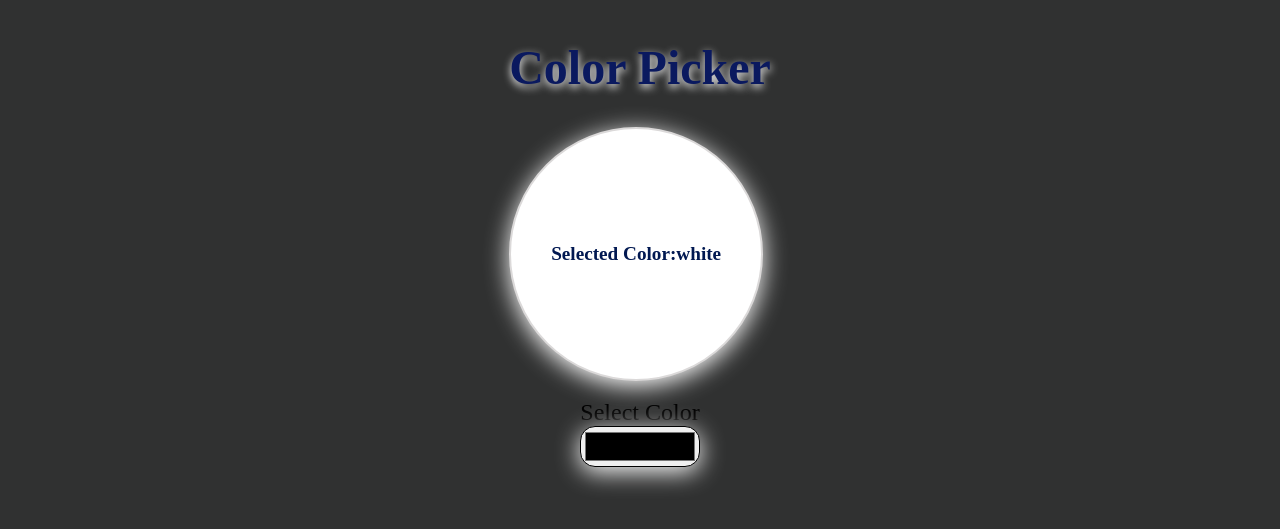
Repository: rkrukshan/Color-Picker--React-
Page: /
An editor plug-in stored every save of this project. The page is shown before and after the next save, followed by the edit.
The browser window is 1280 px wide. The pictures show the whole page.
The project was rebuilt for these pictures with package versions that can differ from the ones it lists, and the page was loaded fresh each time. Also part of the build but not shown: vite.config.js.

Above is the page before, as saved 2024-07-21 19:19:05.

### src/App.jsx
import ColorPicker from "./ColorPicker"

function App() {

  return (
    <>
    <ColorPicker/>
    </>
  )

}

export default App

### src/index.css
body {
  background-color: rgb(48, 49, 49);
}
.cp-container {
  text-align: center;
  display: grid;
  align-items: center;
  justify-content: center;
}
.heading {
  color: rgb(10, 25, 95);
  font-size: 3em;
  text-shadow: 0px 3px 9px rgb(255, 255, 255);
}
.color-pad {
  height: 250px;
  width: 250px;
  border: 2px solid rgb(219, 217, 217);
  border-radius: 50%;
  box-shadow: 0px 5px 25px rgb(255, 255, 255);
  transition: 0.25s;
  display: flex;
  align-items: center;
  justify-content: center;
}
.selectedlabel {
  font-size: larger;
  font-weight: bolder;
  color: rgb(1, 24, 81);
}
.selectlabel {
  font-size: 1.5em;
}
.colorpicker {
  width: 9em;
  height: 41px;
  border-radius: 15px;
  box-shadow: 0px 5px 25px rgb(255, 255, 255);
  transition: 11s;
}

### src/ColorPicker.jsx
import { useState } from "react";

function ColorPicker() {
  const [color, setColor] = useState("white");

  function updateColor(event) {
    setColor(event.target.value);
  }
  return (
    <div className="cp-container">
      <h1 className="heading">Color Picker</h1>
      <div className="color-pad" style={{ backgroundColor: color }}>
        <p htmlFor="cp" className="selectedlabel">
          Selected Color:{color}
        </p>
      </div>
      <br />
      <div className="btncp">
        <label htmlFor="scp" className="selectlabel">
          Select Color
        </label>
        <br />
        <input
          type="color"
          value={color}
          onChange={updateColor}
          className="colorpicker"
        />
      </div>
    </div>
  );
}
export default ColorPicker;

Loaded but not shown: index.html (common file); src/main.jsx (common file)

After the next save:
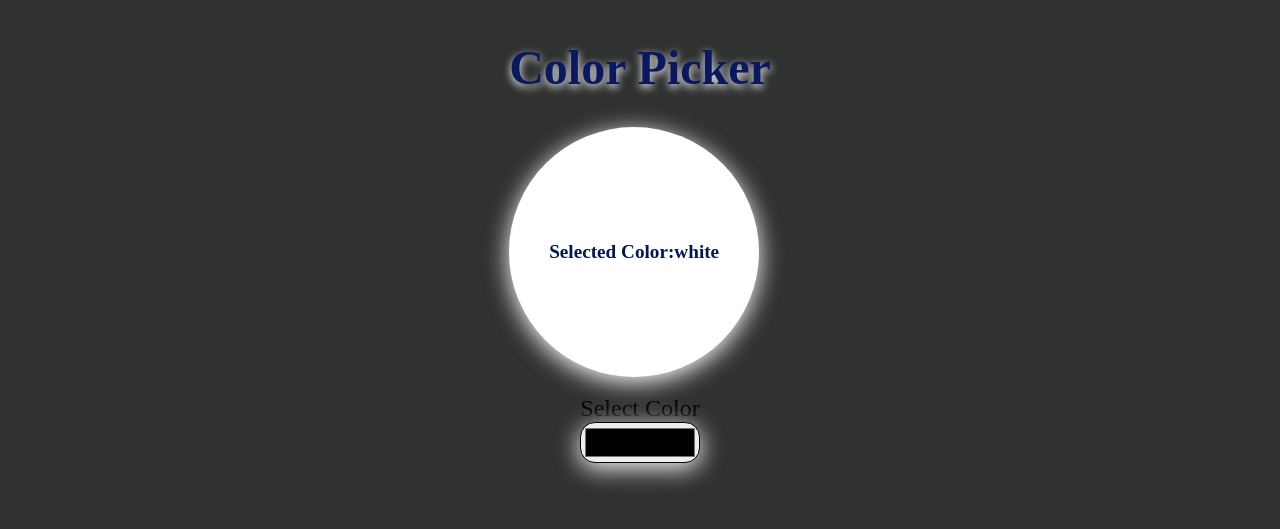
Saved 25 s later.
--- a/src/index.css
+++ b/src/index.css
@@ -15,7 +15,6 @@ body {
 .color-pad {
   height: 250px;
   width: 250px;
-  border: 2px solid rgb(219, 217, 217);
   border-radius: 50%;
   box-shadow: 0px 5px 25px rgb(255, 255, 255);
   transition: 0.25s;
